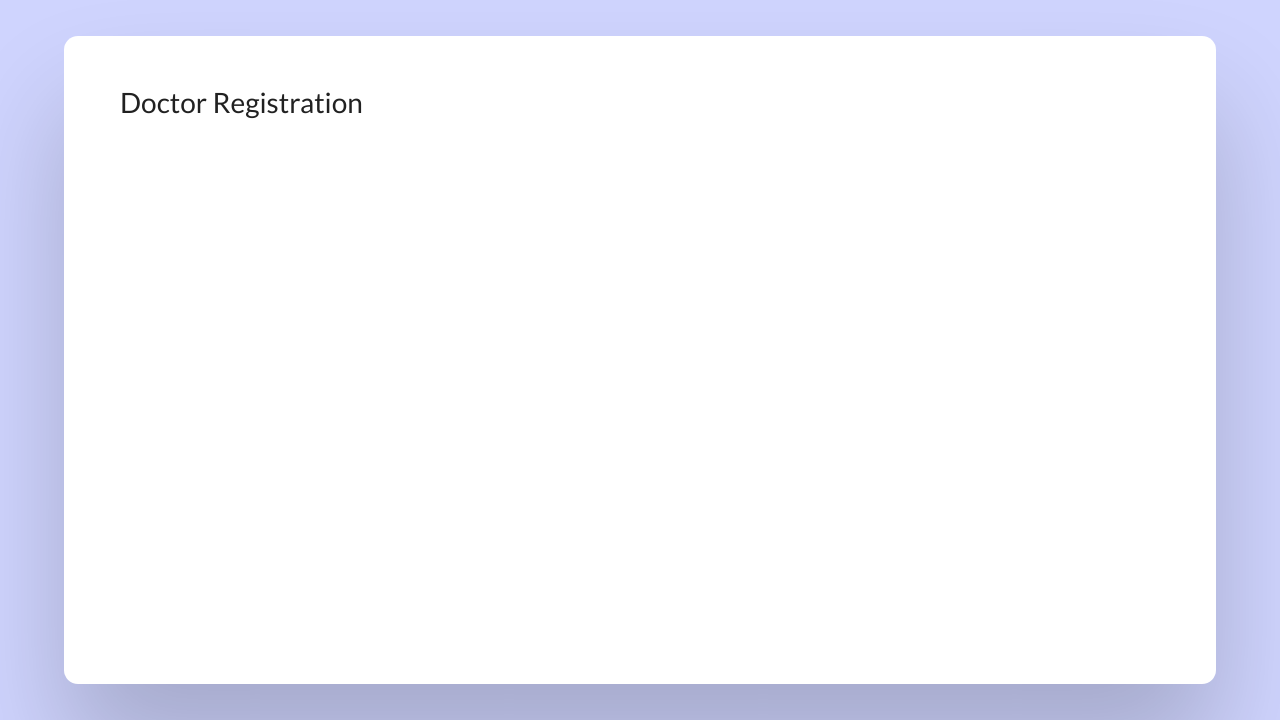
Repository: ajayaj2001/healthcare-digitization
Page: /doctorForm
The author's editor kept a copy of each file at every save. The page is drawn from the files as they stood at one save, then again after the next save.
The browser window is 1280 px wide. The pictures show the whole page.
The project was rebuilt for these pictures with package versions that can differ from the ones it lists, and the page was loaded fresh each time. Also part of the build but not shown: src/component/userType/UserType.scss, src/component/userType/UserType.js, src/component/login/Login.scss, src/component/login/loginForm/LoginForm.scss, src/component/login/loginForm/LoginForm.js, src/component/login/Login.js, src/component/register/Register.scss, src/component/register/registerForm/RegisterForm.scss and 2 more.

Above is the page before, as saved 2021-03-13 10:36:30.

After the next save:
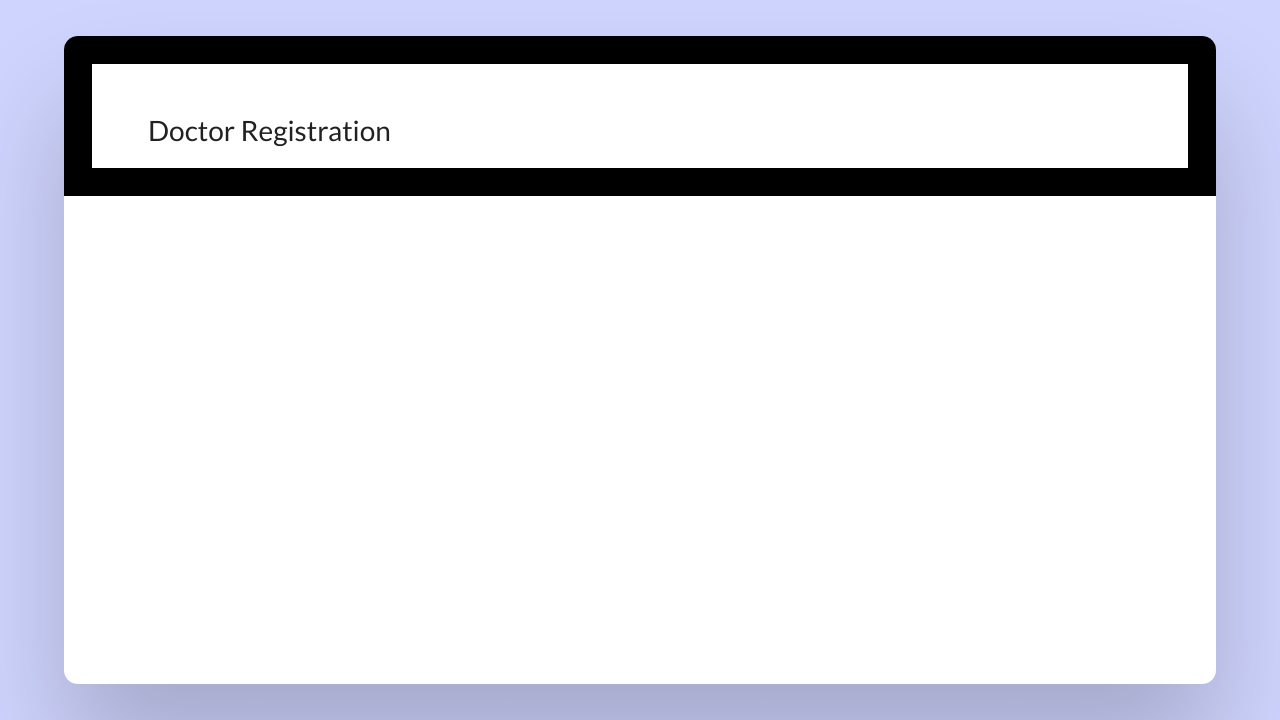
Saved 46 s later.
--- a/src/component/doctorForm/DoctorForm.scss
+++ b/src/component/doctorForm/DoctorForm.scss
@@ -19,5 +19,6 @@
    &__heading{
        font-size: 2rem;
        padding: 4rem 0rem 2rem 4rem;
+       border: 2rem solid black;
    }
 }
